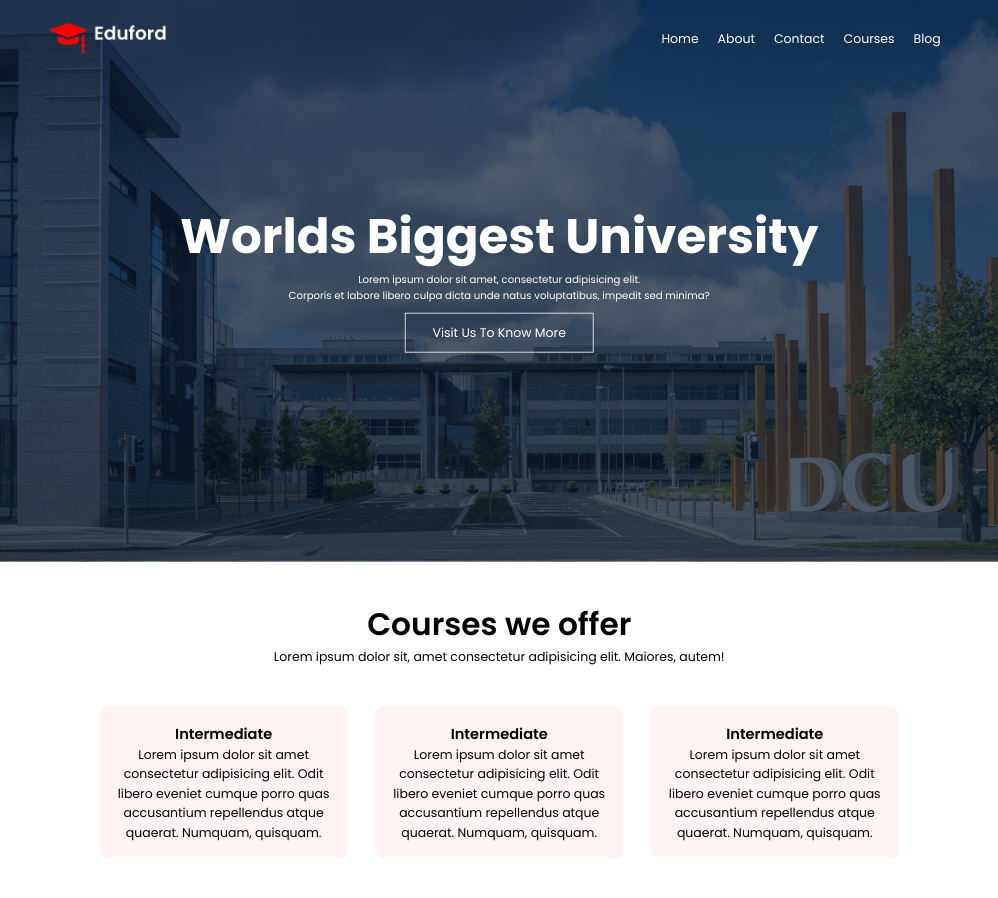
Repository: yashrajverma/Practise
Page: index.html
The author's editor kept a copy of each file at every save. The page is drawn from the files as they stood at one save, then again after the next save.
The browser window is 1280 px wide. The pictures show the whole page, at 78% of full size.

Above is the page before, as saved 2021-04-27 12:11:30.

After the next save:
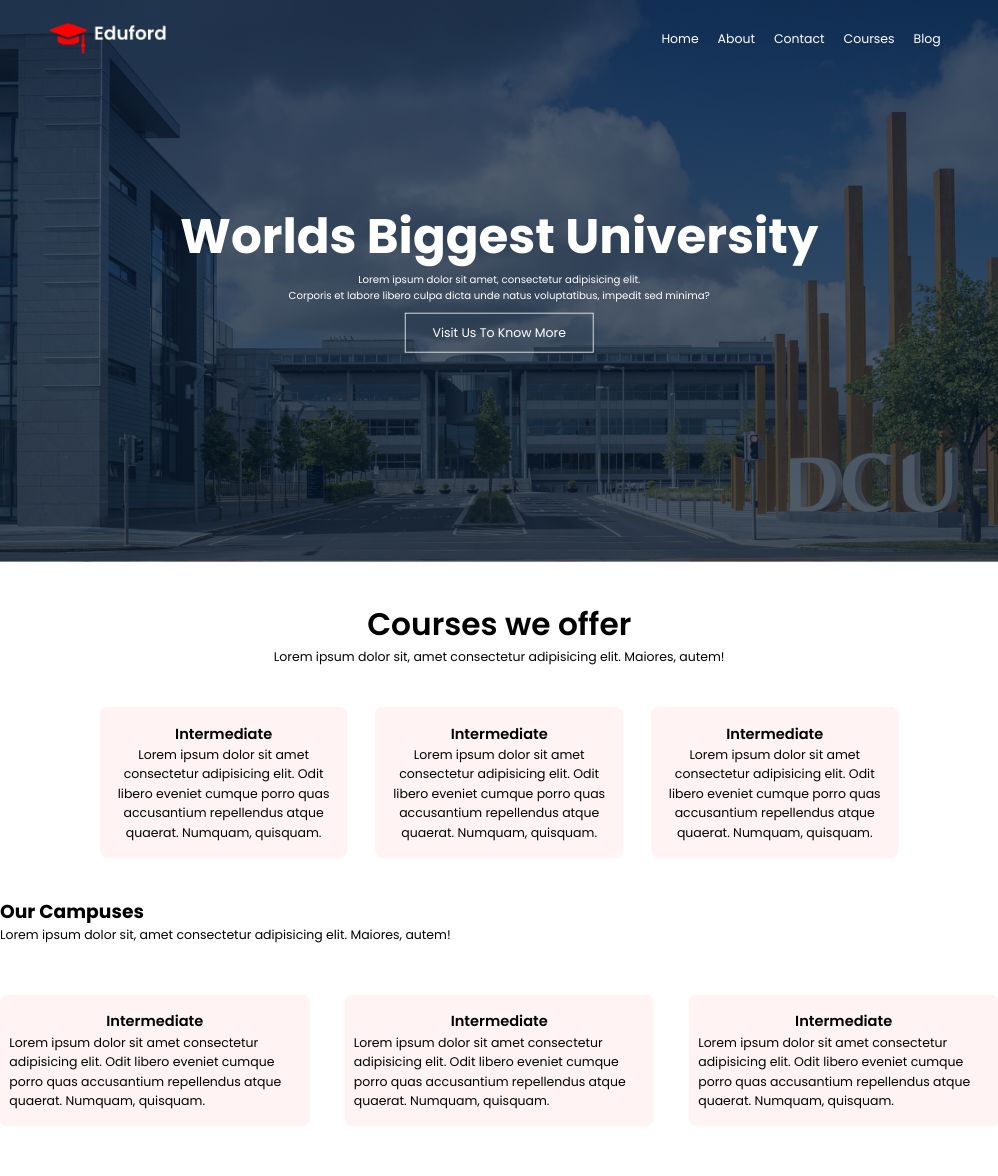
Saved 10 min 11 s later.
--- a/index.html
+++ b/index.html
@@ -64,6 +64,32 @@
       </div>
     </section>
 
+
+
+    <!-- -------------------- campus --------------------- -->
+
+    <section class="campus">
+      <h1>Our Campuses</h1>
+      <p>Lorem ipsum dolor sit, amet consectetur adipisicing elit. Maiores, autem!</p>
+      <div class="row">
+        <div class="course-col">
+          <h3>Intermediate</h3>
+          <p>Lorem ipsum dolor sit amet consectetur adipisicing elit.
+            Odit libero eveniet cumque porro quas accusantium repellendus atque quaerat. Numquam, quisquam.</p>
+        </div>
+        <div class="course-col">
+          <h3>Intermediate</h3>
+          <p>Lorem ipsum dolor sit amet consectetur adipisicing elit.
+            Odit libero eveniet cumque porro quas accusantium repellendus atque quaerat. Numquam, quisquam.</p>
+        </div>
+        <div class="course-col">
+          <h3>Intermediate</h3>
+          <p>Lorem ipsum dolor sit amet consectetur adipisicing elit.
+            Odit libero eveniet cumque porro quas accusantium repellendus atque quaerat. Numquam, quisquam.</p>
+        </div>
+      </div>
+    </section>
+
     <script src="app.js"></script>
   </body>
 </html>
